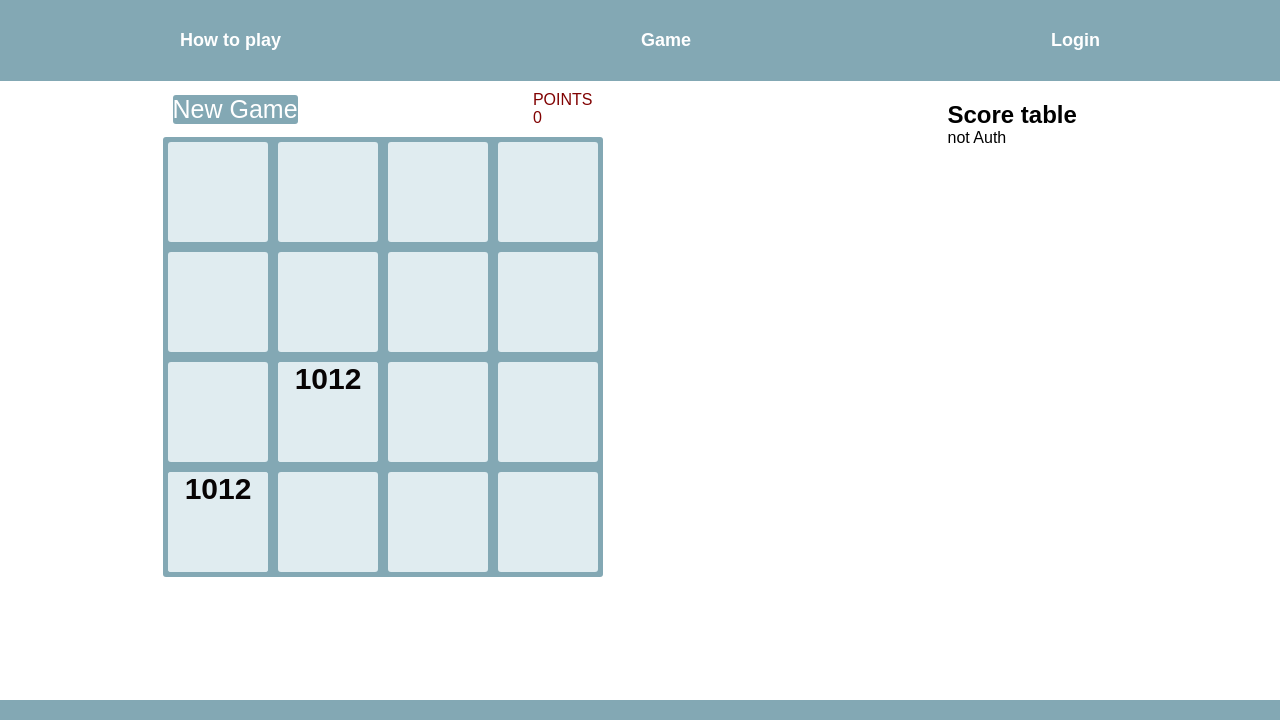
Repository: nika-otter/2048
Page: / (app in client/)
These files come from the project's save history. The page is drawn as it stood at one moment and after the next save; the edit follows.
The browser window is 1280 px wide. The pictures show the whole page.
The project was rebuilt for these pictures with package versions that can differ from the ones it lists, and the page was loaded fresh each time. Also part of the build but not shown: client/src/components/Login/LoginForm.js, client/src/pages/account/index.jsx, client/src/components/Game/GameOverlay.jsx, client/src/components/InstructionPage/InstructionPage.module.scss, client/src/components/HowToPlay/howtoplay.module.scss, client/src/components/HowToPlay/howtoplay.jsx, client/src/components/InstructionPage/InstructionPage.jsx, client/src/pages/Instruction/index.jsx and 4 more.

Above is the page before, as saved 2023-05-01 16:53:23.

### client/src/index.js
import React from "react";
import ReactDOM from "react-dom/client";
import "./index.css";
import App from "./App";
import { BrowserRouter } from "react-router-dom";
import Store from "./store/store";

const store = new Store();

export const Context = React.createContext({
  store,
});

const root = ReactDOM.createRoot(document.getElementById("root"));
root.render(
  <Context.Provider value={{ store }}>
    <BrowserRouter>
      <App />
    </BrowserRouter>
  </Context.Provider>
);

### client/src/index.css
* {
  box-sizing: border-box;
  margin: 0;
  padding: 0;
}
#root {
  width: 100vw;
  height: 100%;
}

body {
  /* background-color: #ffffff;
  display: flex;
  justify-content: center;
  align-items: center;*/
  /* height: 100vh; */
  height: 100%;
}
html {
  height: 100%;
}
code {
  font-family: source-code-pro, Menlo, Monaco, Consolas, "Courier New",
    monospace;
}

### client/src/App.js
import { useContext, useEffect, useState } from "react";
import "./App.css";
import LoginForm from "./components/Login/LoginForm";
import AppRouter from "./router/AppRouter";
import { Context } from "./index";
import { observer } from "mobx-react-lite";
import UserService from "./services/UserService";
function App() {
  // const { store } = useContext(Context);
  // const [users, setUsers] = useState([]);
  // useEffect(() => {
  //   if (localStorage.getItem("token")) {
  //     // console.log(localStorage.getItem("token"));
  //     store.checkAuth();
  //   }
  // }, []);

  // if (store.isLoading) {
  //   return <div>Loading...</div>;
  // }
  // async function getUsers() {
  //   try {
  //     const response = await UserService.fetchUsers();
  //     setUsers(response.data);
  //     console.log(response);
  //     setUsers(response.data);
  //   } catch {}
  // }
  return (
    <div className="App">
      <AppRouter />
      {/* <h1>{store.isAuth ? `User: ${store.user.email}` : "Not Auth"}</h1>
      <h1>
        {" "}
        {store.user.isActivated ? `Activated` : "Go and activate your email"}
      </h1>
      <button onClick={() => store.logout()}>Logout</button>
      <button onClick={getUsers}>Get users</button>
      {users.map((user) => (
        <div key={user.email}>{user.email}</div>
      ))}      */}
      {/* <LoginForm /> */}
    </div>
  );
}

export default observer(App);

### client/src/store/store.js
import { makeAutoObservable } from "mobx";
import AuthService from "../services/AuthService";
import axios from "axios";
import { API_URL } from "../http";
import UserService from "../services/UserService";

export default class Store {
  user = {};
  isAuth = false;
  isLoading = false;
  scores = {};
  constructor() {
    makeAutoObservable(this);
  }
  setAuth(bool) {
    this.isAuth = bool;
  }
  setUser(user) {
    this.user = user;
  }

  setLoading(bool) {
    this.isLoading = bool;
  }

  setScores(scores) {
    this.scores = scores;
  }

  async login(email, password) {
    console.log("login");
    try {
      const response = await AuthService.login(email, password);
      console.log(response);
      localStorage.setItem("token", response.data.accessToken);
      this.setAuth(true);
      this.setUser(response.data.user);
      console.log(response.data.user);
    } catch (e) {
      console.log(e.response?.data?.message);
    }
  }

  async registration(email, password) {
    try {
      const response = await AuthService.registration(email, password);
      console.log(response);
      localStorage.setItem("token", response.data.accessToken);
      this.setAuth(true);
      this.setUser(response.data.user);
    } catch (e) {
      console.log(e.response?.data?.message);
    }
  }

  async logout() {
    try {
      const response = await AuthService.logout();
      console.log(response);
      localStorage.removeItem("token", response.data.accessToken);
      this.setAuth(false);
      this.setUser({});
    } catch (e) {
      console.log(e.response?.data?.message);
    }
  }

  async checkAuth() {
    console.log("checkAuth");
    this.setLoading(true);
    try {
      const response = await axios.get(`${API_URL}/refresh`, {
        withCredentials: true,
      });
      console.log(response, "response checkAuth");
      console.log(
        response.data.accessToken,
        "response.data.accessToken checkAuth"
      );
      localStorage.setItem("token", response.data.accessToken);

      this.setAuth(true);
      this.setUser(response.data.user);
    } catch (e) {
      console.log(e.response?.data?.message);
    } finally {
      this.setLoading(false);
    }
  }

  async saveScore(email, score) {
    try {
      const response = await UserService.updateScore(email, score);
      //   this.scores = response.data.user.scores;
      console.log(response.data.user.scores);
    } catch (e) {
      console.log(e.response?.data?.message);
    }
  }
  async getScores(email) {
    this.setLoading(true);
    try {
      const response = await UserService.getScores(email);
      console.log(response, "response getScores store");
      this.setScores(response.data.user.scores);
      //   console.log(response.data.user.scores);
    } catch (e) {
      console.log(e.response?.data?.message);
    } finally {
      // this.setLoading(false);
    }
  }
}

### client/src/App.css
.App {
  /* position: relative; */
  display: flex;
  flex-direction: column;
  height: 100%;
  /* background-color: rgb(188, 121, 39); */
}
/* main {
  flex: 1 0 auto;
} */

### client/src/router/AppRouter.jsx
import { Routes, Route } from "react-router-dom";
import Account from "../pages/Account";
import Game from "../pages/Game";
import Instruction from "../pages/Instruction";
import Login from "../pages/Login";

const AppRouter = () => {
  return (
    <Routes>
      {/* <Route path="/game" element={<Game />} /> */}
      {/* <Route path="/account" element={<Account />} /> */}
      <Route path="/how-to-play" element={<Instruction />} />
      <Route path="/" element={<Game />} />
      <Route path="/login" element={<Login />} />
    </Routes>
  );
};

export default AppRouter;

### client/src/services/UserService.js
import $api from "../http";
export default class UserService {
  static fetchUsers() {
    return $api.get("/users");
  }

  static updateScore(email, score) {
    return $api.post(`/score`, { email, score });
  }

  static async getScores(email) {
    return $api.post(`/scores`, { email });
  }
}

### client/src/services/AuthService.js
import $api from "../http";
export default class AuthService {
  static async login(email, password) {
    return $api.post("/login", { email, password });
  }
  static async registration(email, password) {
    return $api.post("/registration", { email, password });
  }
  static async logout() {
    return $api.post("/logout");
  }
}

### client/src/http/index.js
import axios from "axios";

export const API_URL = "http://localhost:5000/api";

const $api = axios.create({
  withCredentials: true,
  baseURL: API_URL,
});

$api.interceptors.request.use((config) => {
  config.headers.Authorization = `Bearer ${localStorage.getItem("token")}`;
  return config;
});

$api.interceptors.response.use(
  (config) => {
    return config;
  },
  async (error) => {
    const originalRequest = error.config;
    if (
      error.response.status === 401 &&
      error.config &&
      !error.config._isRetry
    ) {
      originalRequest._isRetry = true;
      try {
        const response = await axios.get(`${API_URL}/refresh`, {
          withCredentials: true,
        });
        console.log(response, "response http");
        localStorage.setItem("token", response.data.accessToken);
        return $api.request(originalRequest);
      } catch (e) {
        console.log(e);
        console.log("НЕ АВТОРИЗОВАН");
      }
    }
    throw error;
  }
);
export default $api;

### client/src/pages/Game/index.jsx
import Header from "../../components/Header/Header";
import Footer from "../../components/Footer/Footer";
import GamePage from "../../components/GamePage/GamePage";

function Game() {
  return (
    <>
      <Header />
      <GamePage />
      <Footer />
    </>
  );
}

export default Game;

### client/src/components/Footer/Footer.jsx
import classes from "./Footer.module.scss";

function Footer() {
  return <footer className={classes.footer}></footer>;
}

export default Footer;

### client/src/components/Header/Header.jsx
import { Link } from "react-router-dom";
import classes from "./Header.module.scss";

function Header() {
  return (
    <header className={classes.header}>
      <Link className={classes.link} to="/how-to-play">
        How to play
      </Link>
      <Link className={classes.link} to="/">
        Game
      </Link>
      <Link className={classes.link} to="/login">
        Login
      </Link>
    </header>
  );
}

export default Header;

### client/src/components/GamePage/GamePage.jsx
import { Link } from "react-router-dom";
import classes from "./GamePage.module.scss";
import ScoreTable from "../ScoreTable/ScoreTable";
import BoardView from "../Game/Board";
import { observer } from "mobx-react-lite";
import { useContext, useEffect } from "react";
import { Context } from "../..";

function GamePage() {
  return (
    <main className={classes.main}>
      <div className={classes.gamepage}>
        <BoardView />
        <ScoreTable />
      </div>
    </main>
  );
}

export default observer(GamePage);

### client/src/components/Footer/Footer.module.scss
.footer {
  flex: 0 0 auto;
  height: 20px;
  background-color: rgb(131, 168, 180);
  width: 100%;
}

### client/src/components/Header/Header.module.scss
.header {
  display: flex;
  justify-content: space-around;
  background-color: #83a8b4;
  width: 100%;
}
.link {
  color: white;
  text-decoration: none;
  font-size: large;
  margin-top: 20px;
  margin-bottom: 20px;
  padding: 10px;
  font-weight: bold;
  border-radius: 5px;
  &:hover {
    color: rgb(106, 134, 144);
    background-color: rgb(255, 255, 255);
  }
}

### client/src/components/GamePage/GamePage.module.scss
.gamepage {
  display: flex;
  justify-content: space-around;
  //   background-color: aquamarine;
}
.main {
  flex: 1 0 auto;
}

### client/src/components/ScoreTable/ScoreTable.jsx
import { useContext, useEffect, useState } from "react";
import classes from "./ScoreTable.module.scss";
import { Context } from "../..";
import UserService from "../../services/UserService";
import { observer } from "mobx-react-lite";

function ScoreTable() {
  // const { store } = useContext(Context);
  // const [scores, setScores] = useState([]);

  // useEffect(() => {
  //   if (localStorage.getItem("token")) {
  //     console.log(localStorage.getItem("token"), "token from login index.jsx");
  //     store.checkAuth();
  //     getScores(store.user.email);
  //   }
  //   console.log(store.user.email, "store.user.email in ScoreTable.jsx");
  // }, []);

  // const getScores = async (email) => {
  //   console.log(email, "email in ScoreTable.jsx");
  //   try {
  //     const response = await UserService.getScores(email);
  //     setScores(response.data.scores, "response from getScores ScoreTable.jsx");
  //     console.log(response);
  //   } catch {
  //     console.log("Error");
  //   }
  // };
  // console.log(scores, "store.user in ScoreTable.jsx");

  const { store } = useContext(Context);
  // const [scores, setScores] = useState([]);
  // console.log(store.user.scores, "store.user from login index.jsx");
  useEffect(() => {
    if (localStorage.getItem("token")) {
      console.log(localStorage.getItem("token"), "token from login index.jsx");
      store.checkAuth();
    }
    console.log(store.user.email, "store.user.email in ScoreTable.jsx");
    // getScores(store.user.email);
  }, [store]);

  // async function getScores(email) {
  //   console.log(email, "email from getScores");
  //   try {
  //     const response = await UserService.getScores(email);
  //     // setUsers(response.data);
  //     console.log(response, "response from getScores");
  //     // console.log(response.data.data.user.scores, "response.data.user.scores");
  //     // setScores(response.data.scores);
  //   } catch (e) {
  //     console.log(e, "Error");
  //   }
  // }
  if (store.isLoading) {
    console.log(store.isLoading, "store.isLoading");
    return <div className={classes.loading}>Loading...</div>;
  }
  return (
    <div className={classes.scoretable}>
      <h2>Score table</h2>
      {/* <button onClick={() => getScores(store.user.email)}>Get scores</button> */}
      {/* {store.isAuth ? (
        scores.map((score) => <div key={score}>{score}</div>)
      ) : (
        <div>loading</div>
      )} */}
      <ul>
        {store.isAuth ? (
          store.user.scores
            .map((score) => ({
              score,
              id: Math.random(),
            }))
            .sort((a, b) => b.score - a.score)
            .slice(0, 10)
            .map((item) => <li key={item.id}>{item.score}</li>)
        ) : (
          <div>not Auth</div>
        )}
      </ul>

      {/* <button onClick={getScores}>dddmdmd</button> */}

      {/* {scores.map((score) => (
        <div>{score}</div>
      ))} */}
    </div>
  );
}

export default observer(ScoreTable);

### client/src/components/Game/Board.jsx
import React, { useContext, useEffect, useState } from "react";
import Tile from "./Tile";
import Cell from "./Cell";
import { Board } from "../../helper";
import useEvent from "../../hooks/useEvent";
import GameOverlay from "./GameOverlay";
import "./Board.scss";
import { Context } from "../..";
import UserService from "../../services/UserService";
const BoardView = () => {
  const { store } = useContext(Context);
  const [board, setBoard] = useState(new Board());

  // useEffect(() => {
  //   const checkAuth = async () => {
  //     if (localStorage.getItem("token")) {
  //       console.log(localStorage.getItem("token"), "token from login index.jsx");
  //       await store.checkAuth();
  //     }
  //   };
  //   checkAuth();
  //   console.log(store.user.email, "store.user.email in ScoreTable.jsx");
  //   // getScores(store.user.email);
  // }, [resetGame]);

  const handleKeyDown = (event) => {
    if (board.hasWon()) {
      return;
    } //потім вернути треба

    if (event.keyCode >= 37 && event.keyCode <= 40) {
      let direction = event.keyCode - 37;
      let boardClone = Object.assign(Object.create(board), board);
      // let boardClone = Object.assign(
      //   Object.create(Object.getPrototypeOf(board)),
      //   board
      // ); // теж саме що і вище
      let newBoard = boardClone.move(direction);
      setBoard(newBoard);
    }
  };

  useEvent("keydown", handleKeyDown);

  const cells = board.cells.map((row, rowIndex) => {
    return (
      <div key={rowIndex}>
        {row.map((col, colIndex) => {
          return <Cell key={rowIndex * board.size + colIndex} />;
        })}
      </div>
    );
  }); //робить клітинки нічого серйозного

  const tiles = board.tiles
    .filter((tile) => tile.value !== 0)
    .map((tile, index) => {
      return <Tile tile={tile} key={index} />;
    });

  const saveScore = async (email, score) => {
    try {
      const response = await UserService.updateScore(email, score);
      console.log(response, "response from saveScore ");
    } catch {
      console.log("Error");
    }
  };
  const resetGame = async () => {
    console.log(
      store.user.email,
      board.score,
      "store.user.email board.score from BoardView.jsx"
    );
    if (board.score > 0) {
      await saveScore(store.user.email, board.score);
      store.checkAuth();
    }
    setBoard(new Board());
  };

  return (
    <div>
      <div className="details-box">
        <div className="resetButton" onClick={resetGame}>
          New Game
        </div>
        <div className="score-box">
          <div className="score-header">POINTS</div>
          <div>{board.score}</div>
        </div>
      </div>
      <div className="board">
        {cells}
        {tiles}
        <GameOverlay onRestart={resetGame} board={board} />
      </div>
    </div>
  );
};

export default BoardView;

### client/src/components/ScoreTable/ScoreTable.module.scss
.scoretable {
  margin: 20px;
  width: 150px;
}
.loading {
  width: 150px;
  margin: 20px;
}

### client/src/components/Game/Tile.jsx
import React from "react";
// import classes from "./Board.scss";
import "./Board.scss";
// import "./styles.scss";

const Tile = ({ tile, id }) => {
  console.log("tile");
  let classArray = ["tile"];
  classArray.push("tile" + tile.value);
  if (!tile.mergedInto) {
    classArray.push(`position_${tile.row}_${tile.column}`);
  }
  if (tile.mergedInto) {
    classArray.push("merged");
  }
  if (tile.isNew()) {
    classArray.push("new");
  }

  if (tile.hasMoved()) {
    classArray.push(`row_from_${tile.fromRow()}_to_${tile.toRow()}`);
    classArray.push(`column_from_${tile.fromColumn()}_to_${tile.toColumn()}`);
    classArray.push("isMoving");
  }
  //   if (tile.isRandom()) {
  //     classArray.push("random");
  //   }

  let styles = classArray.join(" ");
  return <span className={styles}>{tile.value}</span>;
};

export default Tile;

### client/src/components/Game/Cell.jsx
import React from "react";

const Cell = ({ id }) => {
  return <span className="cell"></span>;
};

export default Cell;

### client/src/hooks/useEvent.jsx
import { useEffect } from "react";

export default function useEvent(event, handler, passive = false) {
  useEffect(() => {
    window.addEventListener(event, handler, passive);

    return function cleanUp() {
      window.removeEventListener(event, handler, passive);
    };
  });
}

### client/src/components/Game/Board.scss
// @font-face {
//   font-family: "Clear Sans";
//   src: url("../src/clear-sans.ttf") format("truetype");
// }

body {
  display: flex;
  //   background: rgb(2,0,36);
  // background: linear-gradient(90deg, rgba(2,0,36,1) 0%, rgba(87,64,124,1) 47%, rgba(0,212,255,1) 100%);
  //   color: white;
  // flex-direction: column;
  // justify-content: center;
  // align-content: center;
  // align-items: center;
  font-family: "Clear Sans", sans-serif;
  // font-size: 21px;
}

.text {
  // order: 2;
  // padding-top: 40px;
  // width: 440px;
  // font-weight: bold;
}
// main {
//   min-height: 90vh;
// }

// .wrapper {
//   display: flex;
//   flex-direction: column;
//   height: 100%;
// }
// .content {
//   flex: 1 0 auto;
// }
// .footer {
//   flex: 0 0 auto;
// }

.board {
  // order: 1;
  // display: inline-block;

  display: block;
  // justify-content: center;
  margin-left: auto;
  margin-right: auto;
  width: 440px;
  height: 440px;
  // padding: 5px; //вернути треба
  background-color: rgb(131, 168, 180);
  border-radius: 3px;
  // outline: none;
  position: relative;
}

// .board .cell,
// .tile {
//   // user-select: none;
//   // cursor: default;
// }

.details-box {
  display: flex;
  align-items: center;
  padding: 10px;
  justify-content: space-between;
}

.resetButton {
  background-color: rgb(131, 168, 180);
  color: rgb(255, 255, 255);
  cursor: pointer;
  font-size: 25px;
  // padding: 10px 20px;
  border-radius: 3px;
  transition: color 0.3s ease, background-color 0.3s ease;
  &:hover {
    background-color: rgb(131, 168, 180);
    color: rgba(255, 255, 255, 1);
  }
}

.score-header {
  font-size: 1rem;
}

.score-box {
  background-color: rgb(131, 168, 180) 6;
  color: rgb(129, 2, 2);
  // min-width: 50px;
  // width: 70px;
  // padding: 5px 15px;
  border-radius: 3px;
}

.cell,
.tile {
  // display: inline-block;
  width: 100px;
  height: 100px;
  margin: 5px;
  // line-height: 90px;
  display: inline-block;
  font-size: 30px;
  font-weight: bold;
  text-align: center;
  vertical-align: middle;
  border-radius: 3px;
  // font-family: "Clear Sans";
  color: rgb(8, 4, 4);
  background-color: rgb(224, 236, 240);
}

.tile0 {
  background-color: rgb(238, 247, 249);
}

.tile2 {
  background-color: rgb(224, 240, 245);
  // background-image: url(./assets/img/2.gif);
}

.tile4 {
  background-color: rgb(199, 221, 228);
  // background-image: url(./assets/img/4.gif);
}

.tile8 {
  background-color: rgb(187, 212, 220);
  // background-image: url(./assets/img/8.gif);
}

.tile16 {
  background-color: rgb(171, 195, 203);
  // background-image: url(./assets/img/16.gif);
}

.tile32 {
  background-color: rgb(140, 165, 174);
  // background-image: url(./assets/img/32.gif);
}

.tile64 {
  background-color: rgb(116, 144, 153);
  // background-image: url(./assets/img/64.gif);
}

.tile128 {
  background-color: rgb(98, 125, 134);
  // background-image: url(./assets/img/128.gif);
}

.tile256 {
  background-color: rgb(71, 91, 98);
  // background-image: url(./assets/img/256.gif);
  font-size: 45px;
}

.tile512 {
  background-color: rgb(45, 68, 75);
  // background-image: url(./assets/img/512.gif);
  font-size: 45px;
}

.tile1024 {
  background-color: rgb(40, 68, 78);
  // background-image: url(./assets/img/1024.gif);
  font-size: 35px;
}

.tile2048 {
  position: absolute;
  background-size: contain;
  left: 0;
  right: 0;
  top: 0;
  bottom: 0;
  padding: 0px;
  background-color: rgb(12, 42, 52);
  // background-image: url(./assets/img/2048.gif);
  font-size: 35px;
}

.try-again {
  z-index: 10;
  height: 100px;
  width: 100px;
  // background-image: url(./assets/img/try-again.gif);
}

.tile {
  position: absolute;
}

.tile.merged {
  display: none;
}

// .tile.merged.isMoving {
//   display: inline;
// }

.tile.new {
  animation-duration: 0.3s;
  animation-name: newTile;
  animation-fill-mode: forwards;
  // animation-delay: 0.15s;
  transform: scale(0);
}
// .tile.random {
//   animation-duration: 3s;
//   animation-name: newTile;
//   animation-fill-mode: forwards;
//   // animation-delay: 0.15s;
//   transform: scale(0);
// }

@keyframes newTile {
  from {
    transform: scale(0);
  }
  to {
    transform: scale(1);
  }
}

// .overlay {
//   position: absolute;
//   top: 0px;
//   bottom: 0px;
//   display: flex;
//   flex-direction: column;
//   align-items: center;
//   justify-content: center;
//   text-align: center;
//   left: 0px;
//   right: 0px;
//   font-size: 55px;
//   font-weight: bolder;
//   border-radius: 7px;
// }

// .tryAgain {
//   background-color: #876;
//   color: #fff;
//   height: 40px;
//   width: 200px;
//   font-size: 20px;
//   font-weight: bold;
//   cursor: pointer;
//   border: none;
//   border-radius: 5px;
//   border: 2px solid white;
// }

// .gameOver {
//   background-size: contain;
//   background-image: url(./assets/img/game-over.gif);
//   position: absolute;
//   top: 0;
//   right: 0;
//   bottom: 0;
//   left: 0;
//   z-index: 100;
//   text-align: center;
// }

.overlay .message {
  color: #666;
}

@for $row from 0 through 3 {
  @for $column from 0 through 3 {
    .position_#{$row}_#{$column}:not(.isMoving) {
      top: 110px * $row;
      left: 110px * $column;
    }
  }
}

@for $fromRow from 0 through 3 {
  @for $toRow from 0 through 3 {
    $name: row_from_#{$fromRow}_to_#{$toRow};

    @if $fromRow == $toRow {
      .#{$name} {
        top: 110px * $toRow;
      }
    } @else {
      .#{$name} {
        animation-duration: 0.2s;
        animation-name: $name;
        animation-fill-mode: forwards;
      }

      @keyframes #{$name} {
        from {
          top: 110px * $fromRow;
        }
        to {
          top: 110px * $toRow;
        }
      }
    }
  }
}

@for $fromColumn from 0 through 3 {
  @for $toColumn from 0 through 3 {
    $name: column_from_#{$fromColumn}_to_#{$toColumn};

    @if $fromColumn == $toColumn {
      .#{$name} {
        left: 110px * $toColumn;
      }
    } @else {
      .#{$name} {
        animation-duration: 0.2s;
        animation-name: $name;
        animation-fill-mode: forwards;
      }

      @keyframes #{$name} {
        from {
          left: 110px * $fromColumn;
        }
        to {
          left: 110px * $toColumn;
        }
      }
    }
  }
}

Loaded but not shown: client/public/index.html (common file); client/src/helper/index.js (231 lines, source omitted)

After the next save:
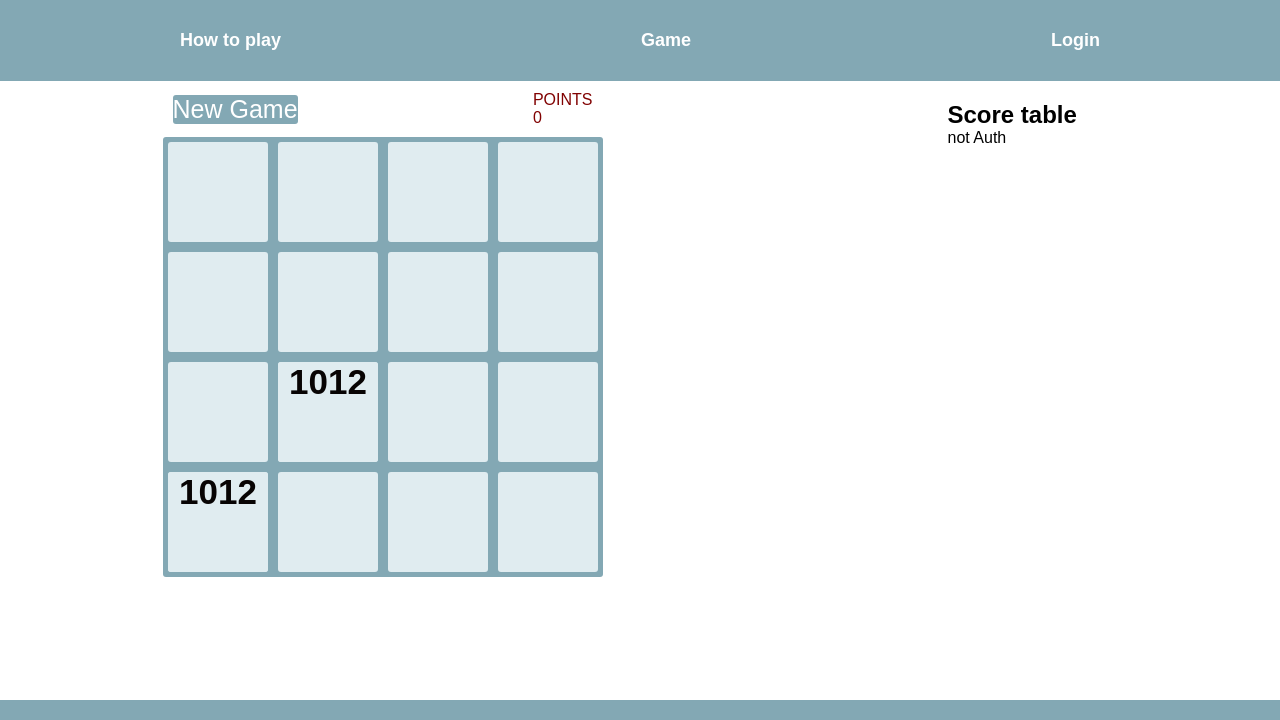
Saved 8 s later.
--- a/client/src/components/Game/Board.scss
+++ b/client/src/components/Game/Board.scss
@@ -103,7 +103,7 @@ body {
   margin: 5px;
   // line-height: 90px;
   display: inline-block;
-  font-size: 30px;
+  font-size: 35px;
   font-weight: bold;
   text-align: center;
   vertical-align: middle;
